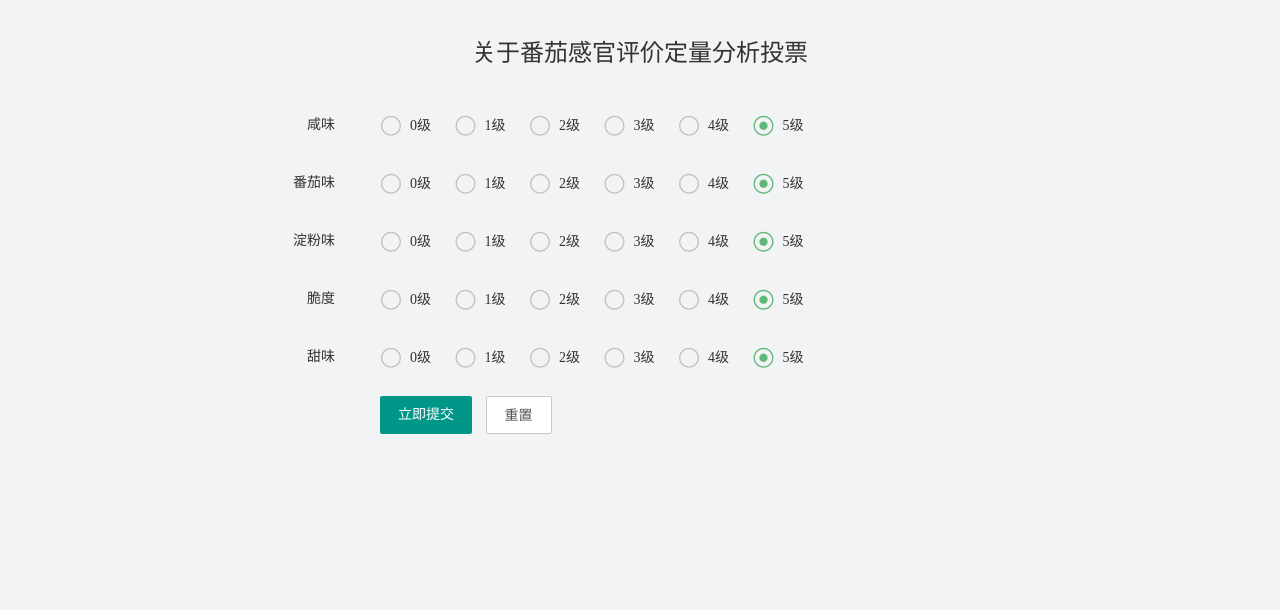
Repository: R1Deemo/vote_system
Page: web/home/toupiao.html
These files come from the project's save history. The page is drawn as it stood at one moment and after the next save; the edit follows.
The browser window is 1280 px wide. The pictures show the whole page.

Above is the page before, as saved 2022-11-07 10:41:24.

### web/home/toupiao.html
<!DOCTYPE html>
<html>

<head>
    <meta charset="UTF-8">
    <meta name="viewport" content="width=device-width, initial-scale=1.0">
    <meta http-equiv="X-UA-Compatible" content="ie=edge">
    <title>图表统计</title>
    <link rel="stylesheet" href="/web/assets/lib/layui/css/layui.css">
    <link rel="stylesheet" href="../../web/assets/lib/bootstrap.css" />
    <link rel="stylesheet" href="../../web/assets/lib/main.css" />
    <script src="../../web/assets/lib/jquery.js"></script>
    <script type="text/javascript" src="../../web/assets/lib/echarts.min.js"></script>
    <style>
        #title {
            text-align: center;
        }

        #tou {
            padding-top: 30px;
            margin-left: 230px;
        }
    </style>
</head>
<!-- 这里使用了一张背景，注释掉了。
<body style="background-image:url(body.jpeg); background-size:100%; background-repeat: no-repeat;">
 -->

<body>
    <div id="main" style="margin:40px ;">
        <div id="title">
            <h3>关于番茄感官评价定量分析投票</h3>
        </div>
        <div id="tou">
            <form class="layui-form" action="">
                <div class="layui-form-item">
                    <label class="layui-form-label">咸味</label>
                    <div class="layui-input-block">
                        <input type="radio" name="x" value="1" title="0级">
                        <input type="radio" name="x" value="2" title="1级">
                        <input type="radio" name="x" value="3" title="2级">
                        <input type="radio" name="x" value="4" title="3级">
                        <input type="radio" name="x" value="5" title="4级">
                        <input type="radio" name="x" value="6" title="5级" checked>
                    </div>
                </div>
                <div class="layui-form-item">
                    <label class="layui-form-label">番茄味</label>
                    <div class="layui-input-block">
                        <input type="radio" name="f" value="1" title="0级">
                        <input type="radio" name="f" value="2" title="1级">
                        <input type="radio" name="f" value="3" title="2级">
                        <input type="radio" name="f" value="4" title="3级">
                        <input type="radio" name="f" value="5" title="4级">
                        <input type="radio" name="f" value="6" title="5级" checked>
                    </div>
                </div>
                <div class="layui-form-item">
                    <label class="layui-form-label">淀粉味</label>
                    <div class="layui-input-block">
                        <input type="radio" name="d" value="1" title="0级">
                        <input type="radio" name="d" value="2" title="1级">
                        <input type="radio" name="d" value="3" title="2级">
                        <input type="radio" name="d" value="4" title="3级">
                        <input type="radio" name="d" value="5" title="4级">
                        <input type="radio" name="d" value="6" title="5级" checked>
                    </div>
                </div>
                <div class="layui-form-item">
                    <label class="layui-form-label">脆度</label>
                    <div class="layui-input-block">
                        <input type="radio" name="c" value="1" title="0级">
                        <input type="radio" name="c" value="2" title="1级">
                        <input type="radio" name="c" value="3" title="2级">
                        <input type="radio" name="c" value="4" title="3级">
                        <input type="radio" name="c" value="5" title="4级">
                        <input type="radio" name="c" value="6" title="5级" checked>
                    </div>
                </div>
                <div class="layui-form-item">
                    <label class="layui-form-label">甜味</label>
                    <div class="layui-input-block">
                        <input type="radio" name="t" value="1" title="0级">
                        <input type="radio" name="t" value="2" title="1级">
                        <input type="radio" name="t" value="3" title="2级">
                        <input type="radio" name="t" value="4" title="3级">
                        <input type="radio" name="t" value="5" title="4级">
                        <input type="radio" name="t" value="6" title="5级" checked>
                    </div>
                </div>


                <div class="layui-form-item">
                    <div class="layui-input-block">
                        <button class="layui-btn" lay-submit lay-filter="formDemo">立即提交</button>
                        <button type="reset" class="layui-btn layui-btn-primary">重置</button>
                    </div>
                </div>
            </form>
        </div>

    </div>
    <!-- <div align="center"><img src="head2.jpg" /></div> -->
    <!-- <div align="center">
        <h4>关于番茄感官评价定量分析投票</h4>
        <table id="main">
            <tr>
                <td>
                    <input type="radio" name="option" checked="checked" />咸味
                </td>
            </tr>
            <tr>
                <td style="width:550px">
                    <div id=0 style="background-color:#acd6ff; width:0; height:20px; border-width:0px;">
                    </div>
                </td>
                <td>
                    <label id="label0">0</label>票
                </td>
            </tr>
            <tr>
                <td>
                    <input type="radio" name="option" />番茄味
                </td>
            </tr>
            <tr>
                <td>
                    <div id=1 style="background-color:#0066cc; height:20px; width:0; border-width:0px; border-color:blue; border-style:solid ; text-align:right;"></div>

                </td>
                <td>
                    <label id="label1">0</label>票
                </td>
            </tr>
            <tr>
                <td>
                    <input type="radio" name="option" />生淀粉味
                </td>
            </tr>
            <tr>
                <td>
                    <div id=2 style="background-color:#ff7575; height:20px;width:0;  border-width:0px; border-color:blue; border-style:solid ; text-align:right;"></div>

                </td>
                <td>
                    <label id="label2">0</label>票
                </td>
            </tr>
            <tr>
                <td>
                    <input type="radio" name="option" />脆
                </td>
            </tr>
            <tr>
                <td>
                    <div id=3 style="background-color:#5cadad;height:20px;width:0; border-width:0px; border-color:blue; border-style:solid ; text-align:right;"></div>

                </td>
                <td>
                    <label id="label3">0</label>票
                </td>
            </tr>
            <tr>
                <td>
                    <input type="radio" name="option" />甜
                </td>
            </tr>
            <tr>
                <td>
                    <div id=3 style="background-color:#5cadad;height:20px;width:0; border-width:0px; border-color:blue; border-style:solid ; text-align:right;"></div>

                </td>
                <td>
                    <label id="label3">0</label>票
                </td>
            </tr>

            <tr>
                <td>
                    <p>
                        <input type="submit" value="确认投票" οnclick="vote()" />
                </td>
            </tr>
        </table>
    </div> -->
    <script src="/web/assets/lib/layui/layui.all.js"></script>
    <script src="/web/assets/lib/jquery.js"></script>
    <script src="/web/assets/js/baseAPI.js"></script>
</body>
<!-- <script type="text/javascript">
    //在每个投票选项后面写了个div，用div的宽度来代表当前该选项的投票数。
    function vote() { //函数vote，当点击确认投票的时候，调用vote方法

        //for循环的条件是，所有投票选项的个数。
        for (var i = 0; i < document.getElementsByName("option").length; i++) {

            //查找到是哪个投票选项被选中
            if (document.getElementsByName("option")[i].checked == true) {
                var width = document.getElementById(i).style.width; //获取到当前选项的宽度。
                width = parseInt(width); //将宽度转化为int型，因为获取到的width的单位是px
                width += 3; //改变width的值，这里就是定义每次投票的进度条的增速
                document.getElementById(i).style.width = width + "px"; //修改原div的宽度

                var label = "label" + i; //lable标签里面写的是当前的投票数目。
                var num = document.getElementById(label).innerText; //获取到当前的票数
                document.getElementById(label).innerText = ++num; //票数加1，并修改原值
            }
        }

        //alert("投票成功");

    }
</script> -->

</html>

### web/assets/js/baseAPI.js
// 注意：每次调用 $.get() 或 $.post() 或 $.ajax() 的时候，
// 会先调用 ajaxPrefilter 这个函数
// 在这个函数中，可以拿到我们给Ajax提供的配置对象
$.ajaxPrefilter(function(options) {
    // 在发起真正的 Ajax 请求之前，统一拼接请求的根路径
    // options.url = 'http://www.liulongbin.top:3007' + options.url
    options.url = 'http://127.0.0.1:1234' + options.url


    // 统一为有权限的接口，设置 headers 请求头
    if (options.url.indexOf('/my/') !== -1) {
        options.headers = {
            Authorization: localStorage.getItem('token') || ''
        }
    }

    // 全局统一挂载 complete 回调函数
    options.complete = function(res) {
        // console.log('执行了 complete 回调：')
        // console.log(res)
        // 在 complete 回调函数中，可以使用 res.responseJSON 拿到服务器响应回来的数据
        if (res.responseJSON.status === 1 && res.responseJSON.message === '身份认证失败！') {
            // 1. 强制清空 token
            localStorage.removeItem('token')
                // 2. 强制跳转到登录页面
            location.href = '/login.html'
        }
    }
})

Loaded but not shown: web/assets/lib/layui/css/layui.css (library); web/assets/lib/bootstrap.css (library); web/assets/lib/main.css (library); web/assets/lib/jquery.js (library); web/assets/lib/echarts.min.js (library); web/assets/lib/layui/layui.all.js (library); web/assets/lib/layui/css/modules/laydate/default/laydate.css (library); web/assets/lib/layui/css/modules/layer/default/layer.css (library); web/assets/lib/layui/css/modules/code.css (common file)

After the next save:
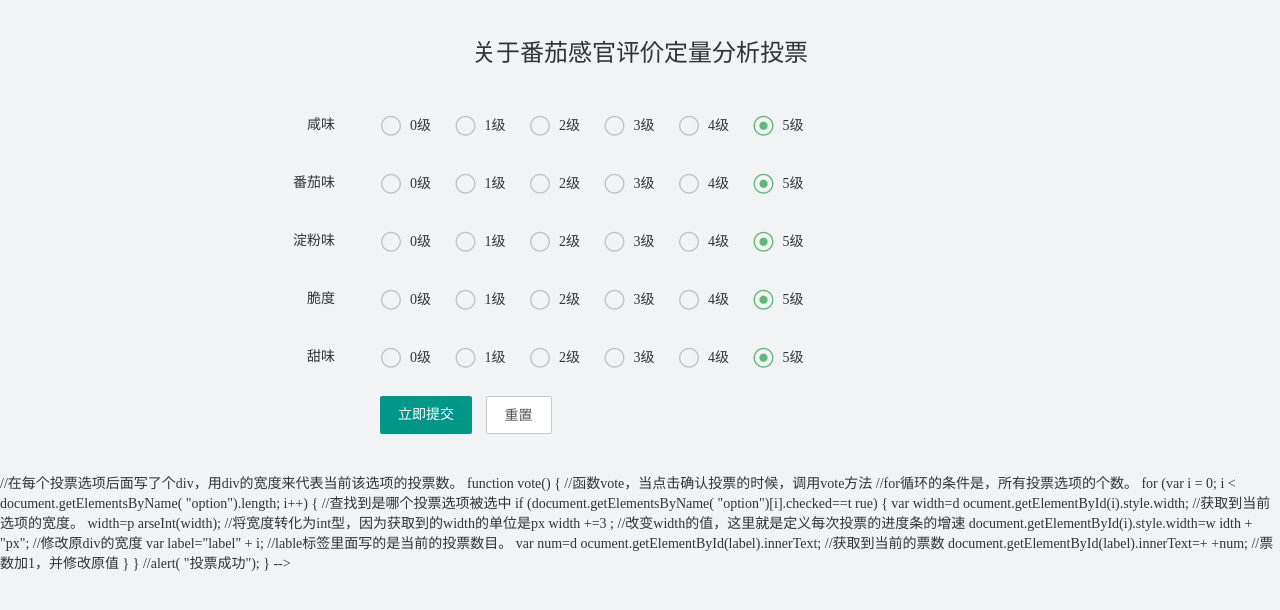
Saved 26 s later.
--- a/web/home/toupiao.html
+++ b/web/home/toupiao.html
@@ -100,116 +100,15 @@
         </div>
 
     </div>
-    <!-- <div align="center"><img src="head2.jpg" /></div> -->
-    <!-- <div align="center">
-        <h4>关于番茄感官评价定量分析投票</h4>
-        <table id="main">
-            <tr>
-                <td>
-                    <input type="radio" name="option" checked="checked" />咸味
-                </td>
-            </tr>
-            <tr>
-                <td style="width:550px">
-                    <div id=0 style="background-color:#acd6ff; width:0; height:20px; border-width:0px;">
-                    </div>
-                </td>
-                <td>
-                    <label id="label0">0</label>票
-                </td>
-            </tr>
-            <tr>
-                <td>
-                    <input type="radio" name="option" />番茄味
-                </td>
-            </tr>
-            <tr>
-                <td>
-                    <div id=1 style="background-color:#0066cc; height:20px; width:0; border-width:0px; border-color:blue; border-style:solid ; text-align:right;"></div>
 
-                </td>
-                <td>
-                    <label id="label1">0</label>票
-                </td>
-            </tr>
-            <tr>
-                <td>
-                    <input type="radio" name="option" />生淀粉味
-                </td>
-            </tr>
-            <tr>
-                <td>
-                    <div id=2 style="background-color:#ff7575; height:20px;width:0;  border-width:0px; border-color:blue; border-style:solid ; text-align:right;"></div>
-
-                </td>
-                <td>
-                    <label id="label2">0</label>票
-                </td>
-            </tr>
-            <tr>
-                <td>
-                    <input type="radio" name="option" />脆
-                </td>
-            </tr>
-            <tr>
-                <td>
-                    <div id=3 style="background-color:#5cadad;height:20px;width:0; border-width:0px; border-color:blue; border-style:solid ; text-align:right;"></div>
-
-                </td>
-                <td>
-                    <label id="label3">0</label>票
-                </td>
-            </tr>
-            <tr>
-                <td>
-                    <input type="radio" name="option" />甜
-                </td>
-            </tr>
-            <tr>
-                <td>
-                    <div id=3 style="background-color:#5cadad;height:20px;width:0; border-width:0px; border-color:blue; border-style:solid ; text-align:right;"></div>
-
-                </td>
-                <td>
-                    <label id="label3">0</label>票
-                </td>
-            </tr>
-
-            <tr>
-                <td>
-                    <p>
-                        <input type="submit" value="确认投票" οnclick="vote()" />
-                </td>
-            </tr>
-        </table>
-    </div> -->
     <script src="/web/assets/lib/layui/layui.all.js"></script>
     <script src="/web/assets/lib/jquery.js"></script>
     <script src="/web/assets/js/baseAPI.js"></script>
 </body>
-<!-- <script type="text/javascript">
-    //在每个投票选项后面写了个div，用div的宽度来代表当前该选项的投票数。
-    function vote() { //函数vote，当点击确认投票的时候，调用vote方法
 
-        //for循环的条件是，所有投票选项的个数。
-        for (var i = 0; i < document.getElementsByName("option").length; i++) {
-
-            //查找到是哪个投票选项被选中
-            if (document.getElementsByName("option")[i].checked == true) {
-                var width = document.getElementById(i).style.width; //获取到当前选项的宽度。
-                width = parseInt(width); //将宽度转化为int型，因为获取到的width的单位是px
-                width += 3; //改变width的值，这里就是定义每次投票的进度条的增速
-                document.getElementById(i).style.width = width + "px"; //修改原div的宽度
-
-                var label = "label" + i; //lable标签里面写的是当前的投票数目。
-                var num = document.getElementById(label).innerText; //获取到当前的票数
-                document.getElementById(label).innerText = ++num; //票数加1，并修改原值
-            }
-        }
-
-        //alert("投票成功");
-
-    }
-</script> -->
+//在每个投票选项后面写了个div，用div的宽度来代表当前该选项的投票数。 function vote() { //函数vote，当点击确认投票的时候，调用vote方法 //for循环的条件是，所有投票选项的个数。 for (var i = 0; i
+< document.getElementsByName( "option").length; i++) { //查找到是哪个投票选项被选中 if (document.getElementsByName( "option")[i].checked==t rue) { var width=d ocument.getElementById(i).style.width; //获取到当前选项的宽度。 width=p arseInt(width); //将宽度转化为int型，因为获取到的width的单位是px
+    width +=3 ; //改变width的值，这里就是定义每次投票的进度条的增速 document.getElementById(i).style.width=w idth + "px"; //修改原div的宽度 var label="label" + i; //lable标签里面写的是当前的投票数目。 var num=d ocument.getElementById(label).innerText; //获取到当前的票数 document.getElementById(label).innerText=+
+    +num; //票数加1，并修改原值 } } //alert( "投票成功"); } </script> -->
 
 </html>

After the save that followed:
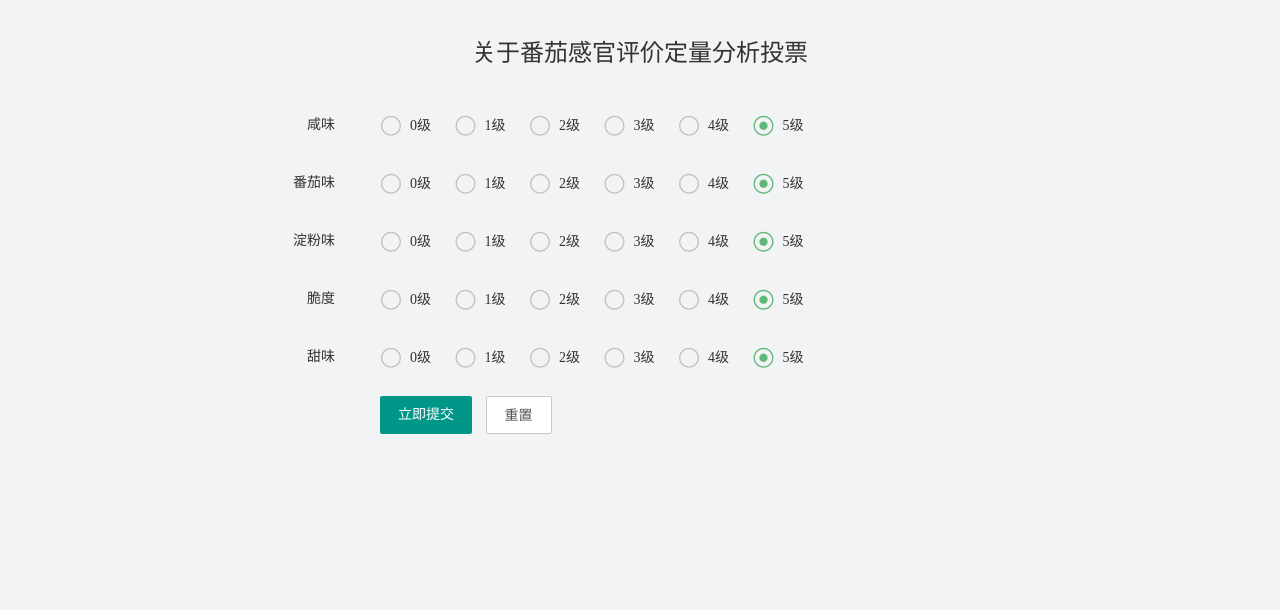
Saved 7 s later.
--- a/web/home/toupiao.html
+++ b/web/home/toupiao.html
@@ -106,9 +106,6 @@
     <script src="/web/assets/js/baseAPI.js"></script>
 </body>
 
-//在每个投票选项后面写了个div，用div的宽度来代表当前该选项的投票数。 function vote() { //函数vote，当点击确认投票的时候，调用vote方法 //for循环的条件是，所有投票选项的个数。 for (var i = 0; i
-< document.getElementsByName( "option").length; i++) { //查找到是哪个投票选项被选中 if (document.getElementsByName( "option")[i].checked==t rue) { var width=d ocument.getElementById(i).style.width; //获取到当前选项的宽度。 width=p arseInt(width); //将宽度转化为int型，因为获取到的width的单位是px
-    width +=3 ; //改变width的值，这里就是定义每次投票的进度条的增速 document.getElementById(i).style.width=w idth + "px"; //修改原div的宽度 var label="label" + i; //lable标签里面写的是当前的投票数目。 var num=d ocument.getElementById(label).innerText; //获取到当前的票数 document.getElementById(label).innerText=+
-    +num; //票数加1，并修改原值 } } //alert( "投票成功"); } </script> -->
+
 
 </html>
